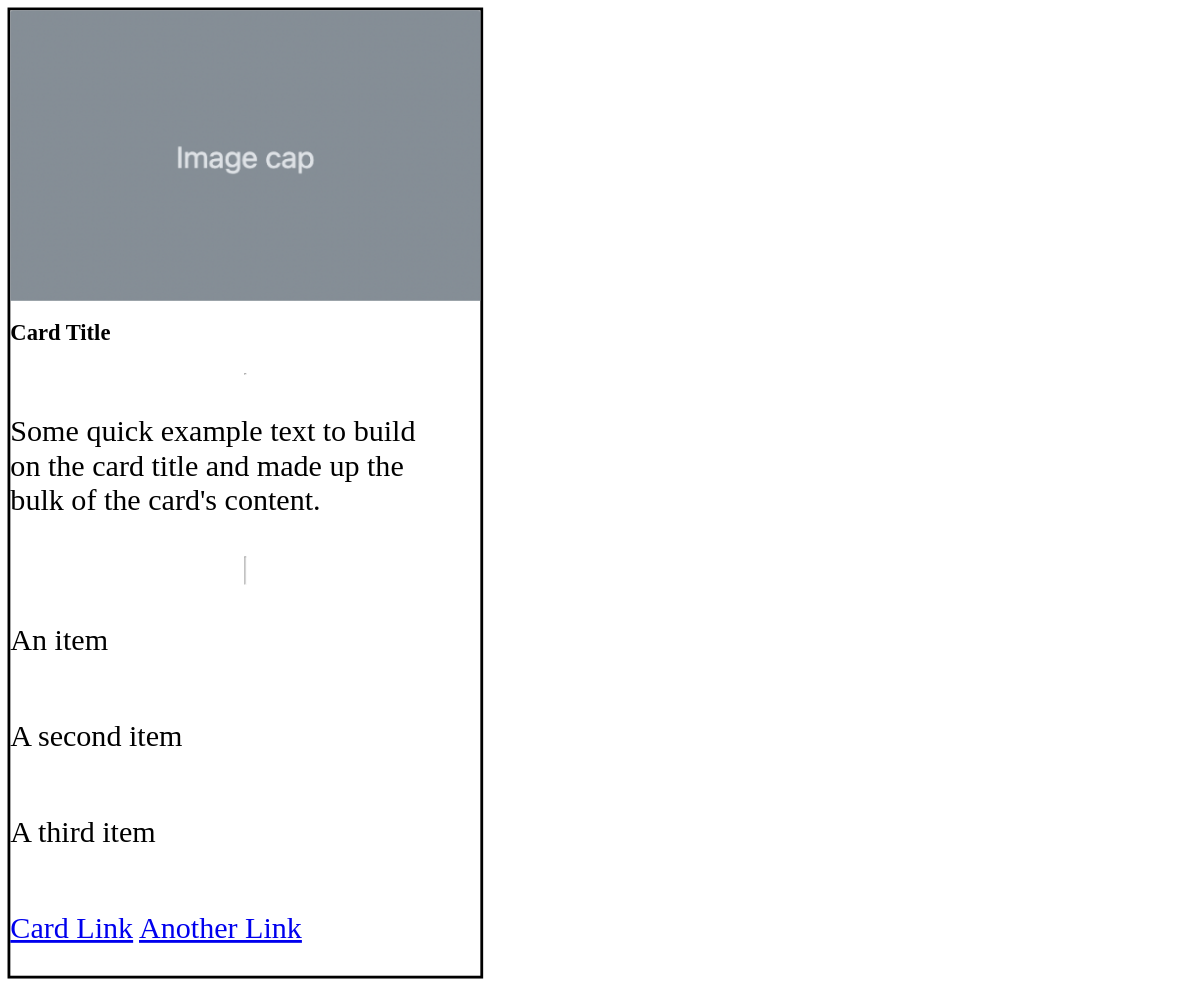
Repository: tr2cky/nav
Page: card.html
An editor plug-in stored every save of this project. The page is shown before and after the next save, followed by the edit.
The browser window is 1280 px wide. The pictures show the whole page, at 94% of full size.

Above is the page before, as saved 2022-09-27 16:14:07.

After the next save:
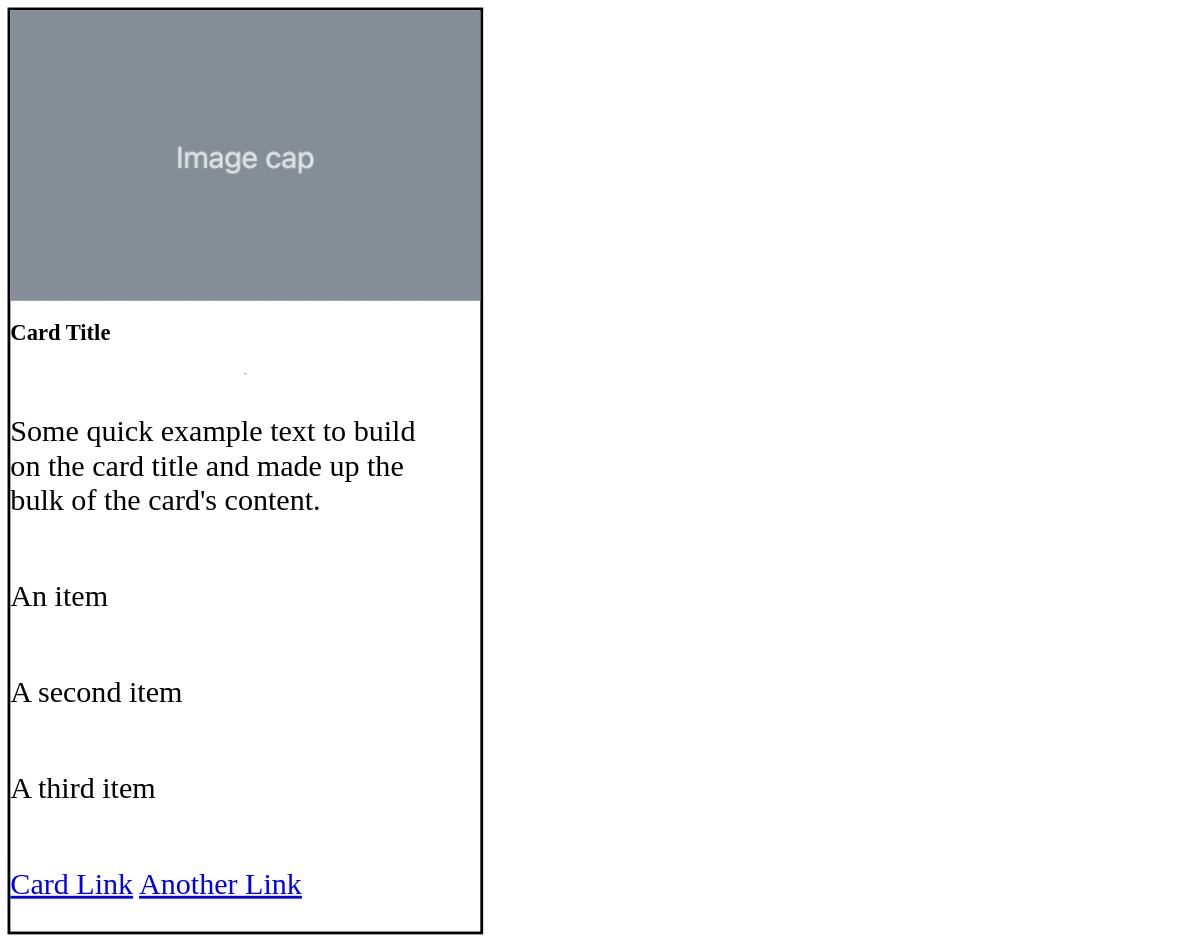
Saved 2 min 17 s later.
--- a/card.html
+++ b/card.html
@@ -17,7 +17,6 @@
         <p>Some quick example text to build <br>
             on the card title and made up the <br>
             bulk of the card's content.</p>
-        <hr size="30">
         <p>An item</p>
         <p>A second item</p>
         <p>A third item</p>
--- a/style.css
+++ b/style.css
@@ -10,4 +10,5 @@
 }
 .container > p {
     font-size: 2rem;
+    border-bottom: 2px;
 }
